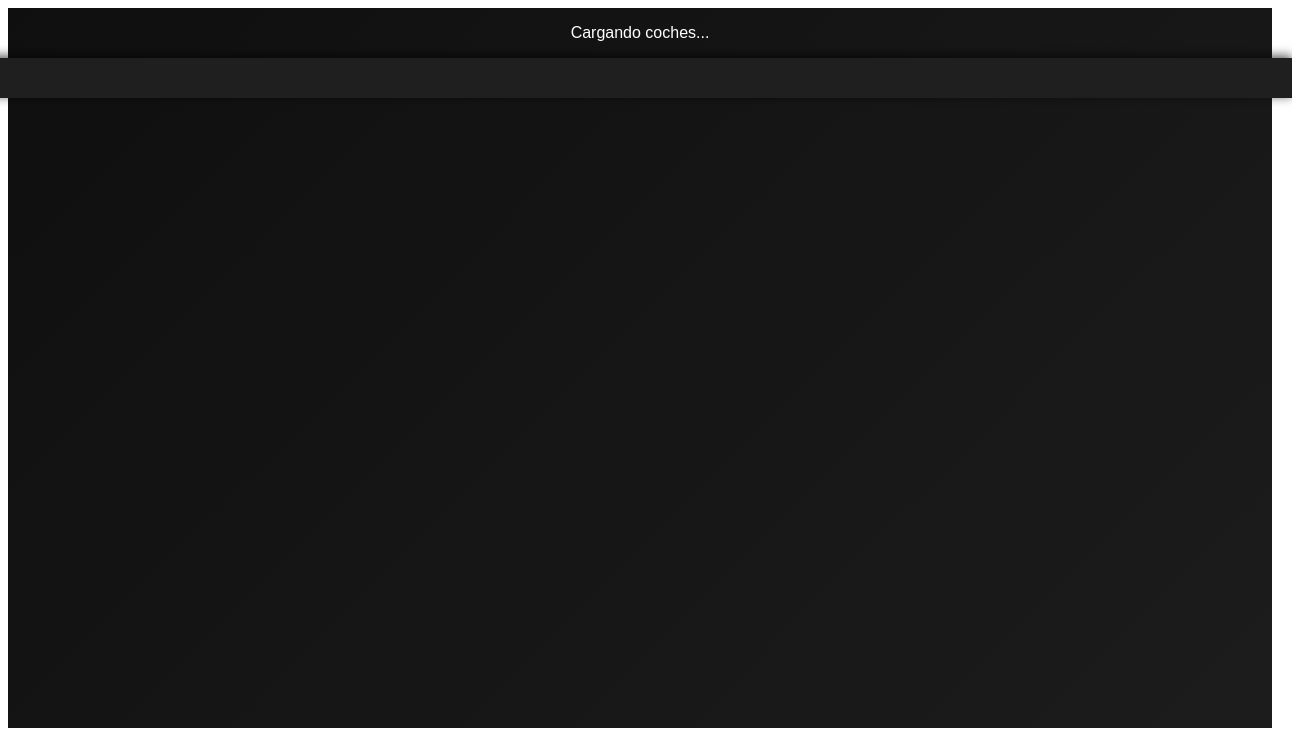
Repository: demoniers/clase
Page: /concesionario (app in misproyectos/concesionario/)
These files come from the project's save history. The page is drawn as it stood at one moment and after the next save; the edit follows.
The browser window is 1280 px wide. The page is 1292 px wide, then 1280 px, so the pictures cover 1292 px, including what lies to the right of the window. The pictures show the whole page.
The page's requests for data from a server got no answer. The project was rebuilt for these pictures with package versions that can differ from the ones it lists, and the page was loaded fresh each time. No one was signed in, and anything a server would have sent is missing. Imported but missing from the stored project, and not drawn on this page: misproyectos/concesionario/src/routes/Home.

Above is the page before, as saved 2025-03-19 11:23:20.

After the next save:
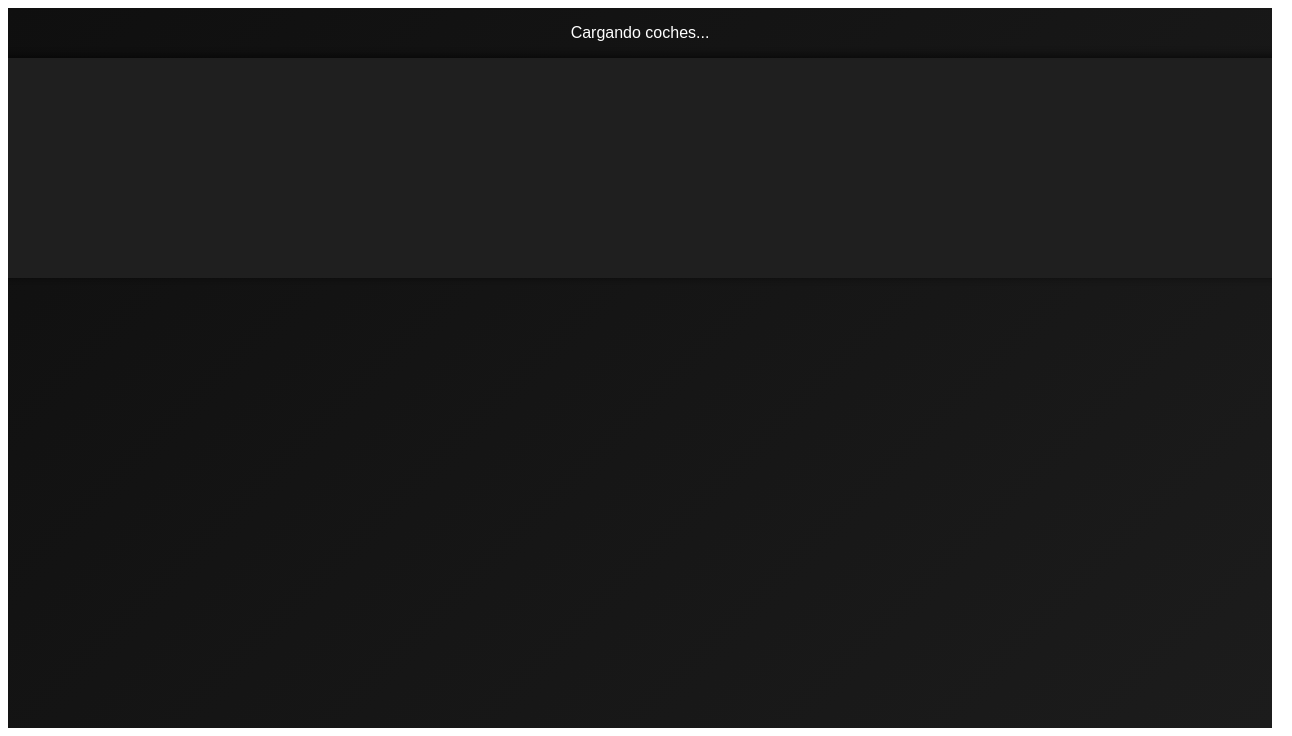
Saved 2 min 24 s later.
--- a/misproyectos/concesionario/src/routes/concesionario/Concesionario.css
+++ b/misproyectos/concesionario/src/routes/concesionario/Concesionario.css
@@ -10,25 +10,26 @@
   align-items: center;
   padding: 0;
   min-height: 100vh;
+  overflow: hidden; /* Evita scroll innecesario */
 }
 
 /* Contenedor principal dividido en dos secciones */
 .contenido {
   display: flex;
-  flex-wrap: wrap; /* Responsivo */
+  justify-content: space-between;
   align-items: flex-start;
-  justify-content: space-between;
   width: 100%;
-  height: 75%; /* Ocupa el 75% superior */
-  max-width: 1300px;
+  height: 75vh; /* Altura fija del 75% de la página */
+  max-width: 1300px; /* Máximo ancho */
   padding: 20px;
+  box-sizing: border-box; /* Incluye padding dentro del tamaño total */
 }
 
 /* Imagen del coche */
 .imagen-grande {
   flex: 2; /* Espacio proporcional */
   max-width: 840px;
-  height: 100%; /* Ocupa todo el espacio vertical disponible */
+  height: 100%; /* Asegura que ocupe todo el contenedor */
   text-align: center;
   display: flex;
   flex-direction: column;
@@ -104,7 +105,7 @@
   gap: 20px;
   padding: 20px;
   width: 100%;
-  height: 25%; /* Ocupa el 25% inferior */
+  height: 25vh; /* Altura fija del 25% inferior */
   justify-content: center;
   align-items: center;
   background: #1f1f1f; /* Fondo sólido para contraste */
